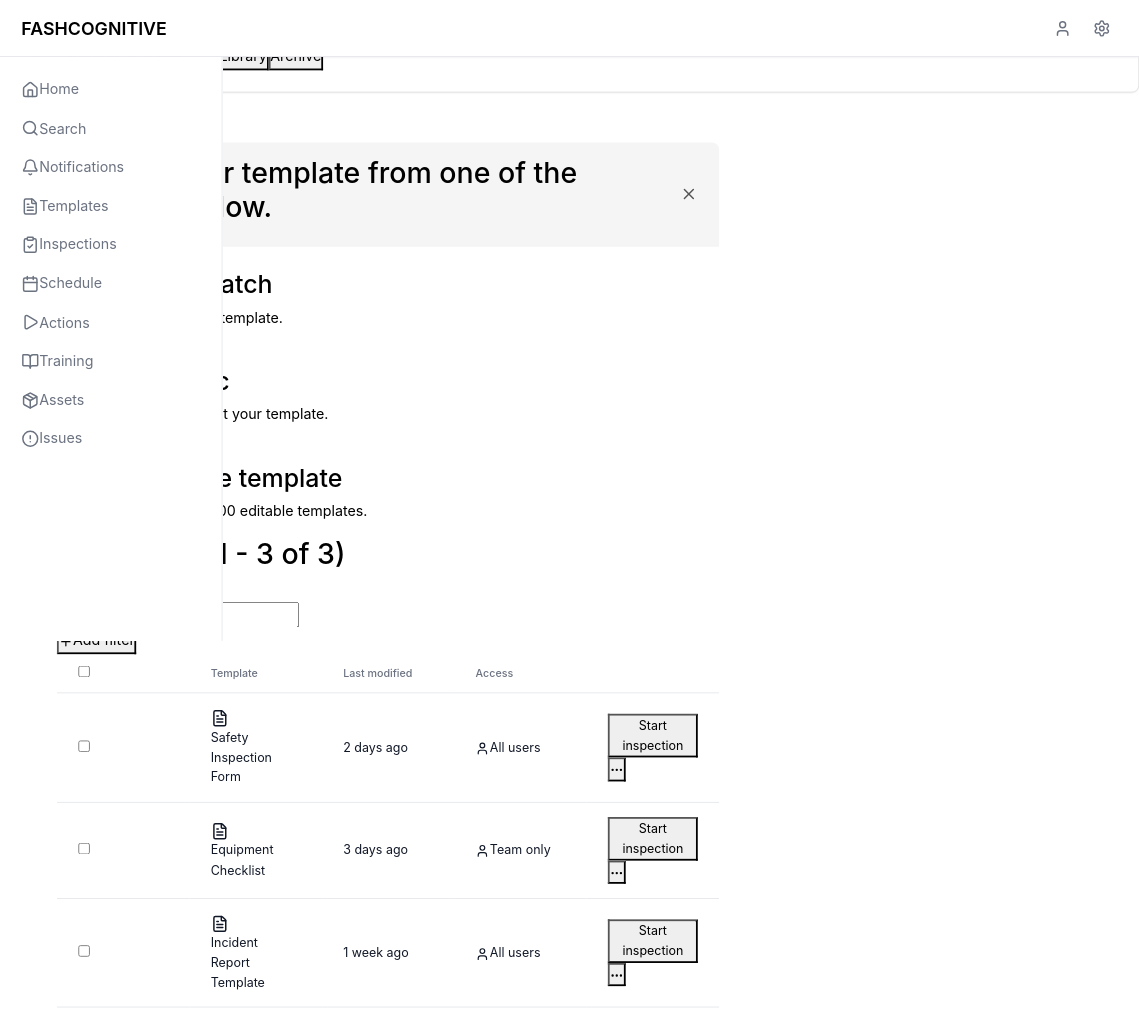
Repository: loganand612/fashcognitive-intern
Page: /template (app in fash/)
An editor plug-in stored every save of this project. The page is shown before and after the next save, followed by the edit.
The browser window is 1280 px wide. The pictures show the whole page, at 89% of full size.
The project was rebuilt for these pictures with package versions that can differ from the ones it lists, and the page was loaded fresh each time. Also part of the build but not shown: fash/src/pages/Login.css, fash/src/pages/Register.css, fash/src/pages/Home.tsx, fash/src/pages/Login.tsx, fash/src/pages/Register.tsx, fash/src/pages/Home2.tsx, fash/src/pages/Create_template.tsx, fash/src/pages/Dashboard.tsx. Imported but missing from the stored project, and not drawn on this page: fash/src/pages/assets/head1.mp4.

Above is the page before, as saved 2025-04-13 21:53:48.

After the next save:
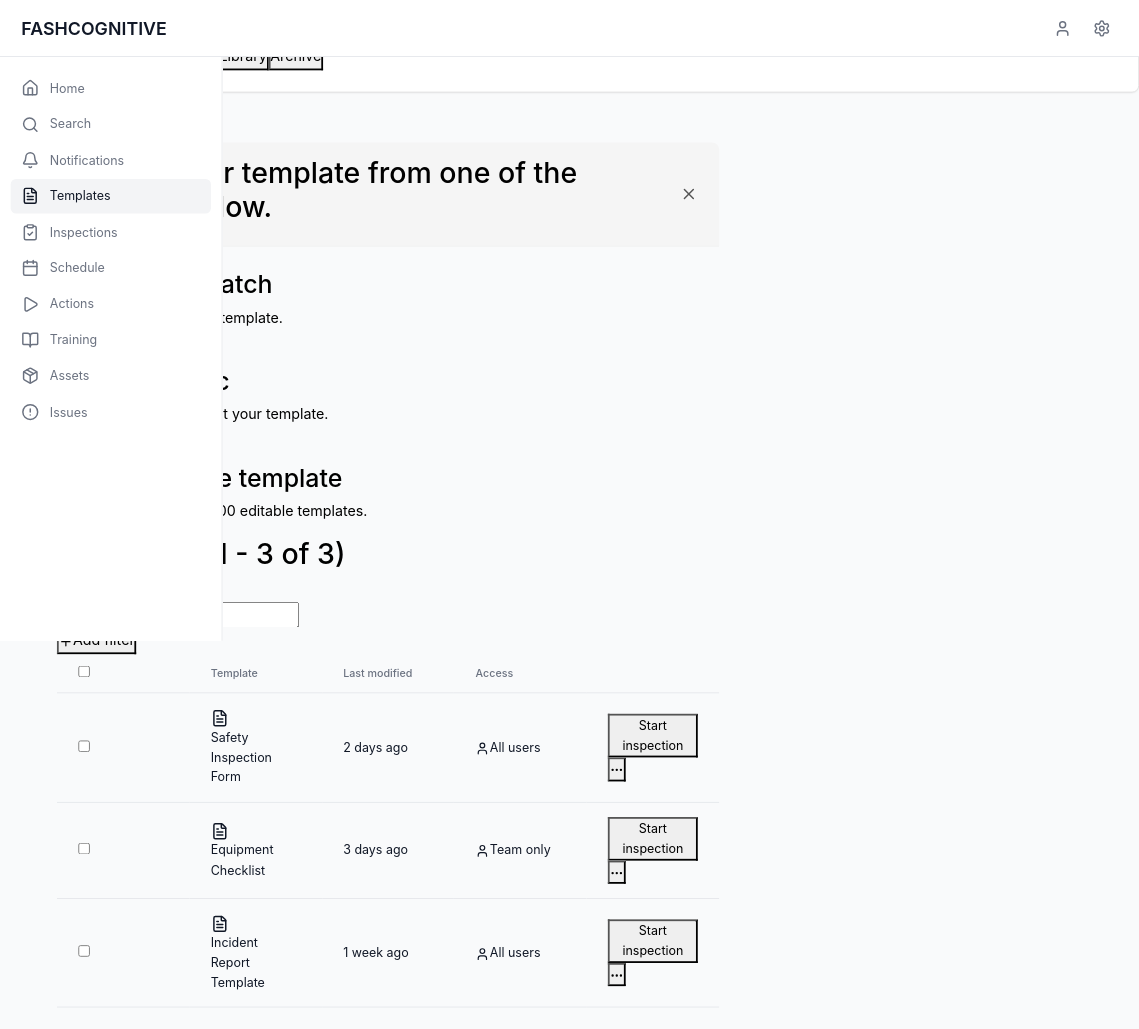
Saved 18 s later.
--- a/fash/src/pages/Template_page.tsx
+++ b/fash/src/pages/Template_page.tsx
@@ -39,28 +39,28 @@ const TemplatePage: React.FC = () => {
   ];
 
   return (
-    <div className="app-container">
+    <div className="tp-app-container">
       {/* Top Navigation */}
-      <nav className="navbar">
-        <div className="navbar-brand">FASHCOGNITIVE</div>
-        <div className="navbar-actions">
-          <button className="nav-button">
+      <nav className="tp-navbar">
+        <div className="tp-navbar-brand">FASHCOGNITIVE</div>
+        <div className="tp-navbar-actions">
+          <button className="tp-nav-button">
             <User size={20} />
           </button>
-          <button className="nav-button">
+          <button className="tp-nav-button">
             <Settings size={20} />
           </button>
         </div>
       </nav>
 
       {/* Sidebar */}
-      <aside className="sidebar">
-        <nav className="sidebar-nav">
+      <aside className="tp-sidebar">
+        <nav className="tp-sidebar-nav">
           {menuItems.map((item, index) => (
             <a
               key={index}
               href={item.href}
-              className={`nav-link ${item.active ? 'active' : ''}`}
+              className={`tp-nav-link ${item.active ? 'active' : ''}`}
             >
               <item.icon size={20} />
               <span>{item.label}</span>
